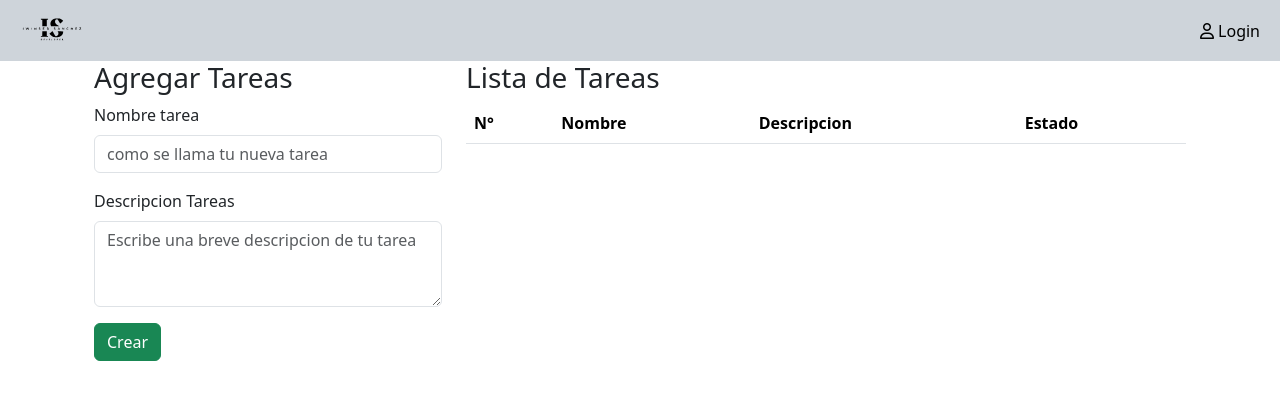
Repository: iwinser117/lista-Tareas
Page: src/public/index.html
The author's editor kept a copy of each file at every save. The page is drawn from the files as they stood at one save, then again after the next save.
The browser window is 1280 px wide. The pictures show the whole page.
The page's requests for data from a server got no answer. Some web libraries are served in a nearby version.

Above is the page before, as saved 2023-01-05 09:04:42.

After the next save:
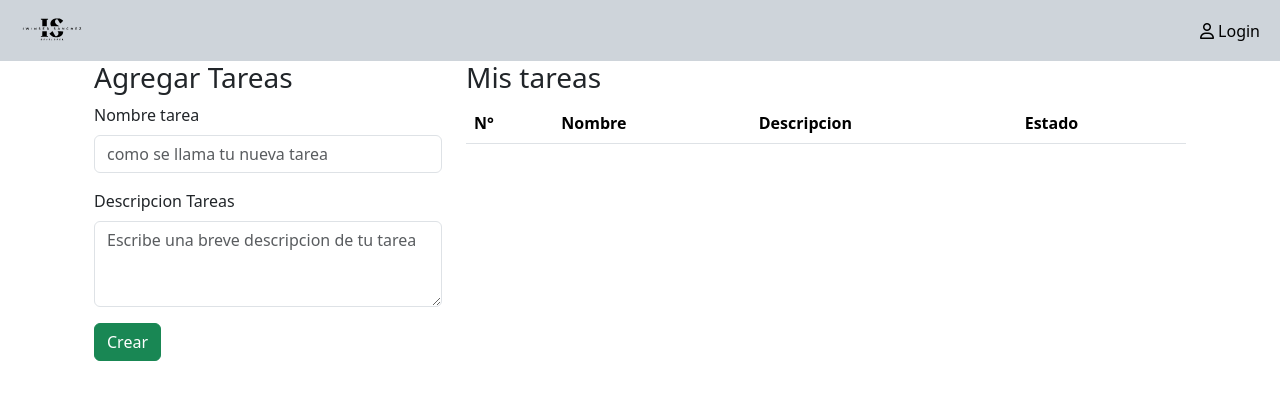
Saved 4 min 42 s later.
--- a/src/public/index.html
+++ b/src/public/index.html
@@ -22,7 +22,7 @@
     <title>Lista de Tareas</title>
   </head>
   <body>
-    <div class="container-fliud" >
+    <div class="container-fliud">
       <nav class="navbar navbar-expand-lg bg-body-tertiary bg-dark-subtle">
         <div class="container-fluid">
           <a class="navbar-brand">
@@ -71,7 +71,6 @@
               id="nameTarea"
               placeholder="como se llama tu nueva tarea"
               class="form-control"
-
             />
           </div>
           <div class="mb-3">
@@ -79,27 +78,23 @@
               >Descripcion Tareas</label
             >
             <textarea
-
-              class="form-control "
+              class="form-control"
               id="descripcionTarea"
               rows="3"
               placeholder="Escribe una breve descripcion de tu tarea"
             ></textarea>
           </div>
 
-          <button type="submit" id="button-form" class="btn btn-success">
+          <button  type="submit" id="button-form" class="btn btn-success">
             Crear
-          </button>
-          <button style="display:none" id="button-actualizar" onclick="actualizarDatos()" class="btn btn-success">
-            Actualizar
           </button>
         </div>
       </section>
       <section class=" col-sm-8 container w-70">
-        <h3>Lista de Tareas</h3>
+        <h3>Mis tareas</h3>
         <table class="table">
           <thead>
-            <tr id="miapp" >
+            <tr>
               <th scope="col">N°</th>
               <th scope="col">Nombre</th>
               <th scope="col">Descripcion</th>
@@ -114,7 +109,7 @@
       </section>
       </div>
     </div>
-    <script src="../ftn/listar.js"></script>
-    <script src="../ftn/metods.js"></script>
+    <script src="../data.js"></script>
+    <script src="./getDatos.js"></script>
   </body>
 </html>
